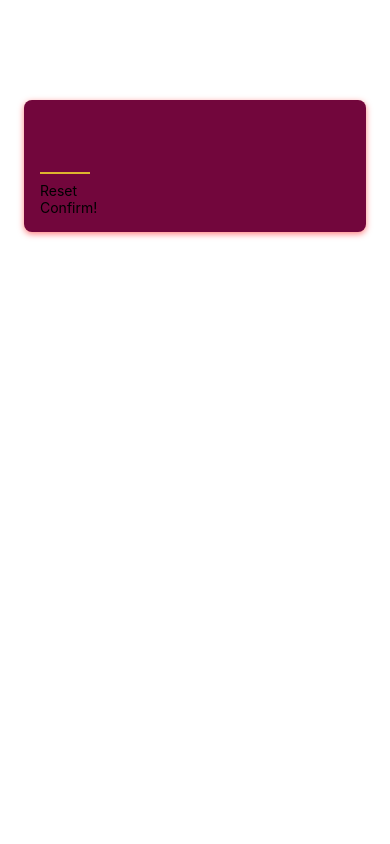
Repository: SyLe-Van/Number-Guessing-Game
Screen: /
These files come from the project's save history. The screen is drawn as it stood at one moment and after the next save; the edit follows.
The app was drawn by React Native's web renderer in a window 390 px wide. The project was rebuilt for these pictures with package versions that can differ from the ones it lists, and the page was loaded fresh each time.

Above is the screen before, as saved 2024-02-01 23:37:37.

### App.js
import { StyleSheet } from "react-native";

import StartGameScreen from "./screens/StartGameScreen";
export default function App() {
  return <StartGameScreen />;
}

const styles = StyleSheet.create({});

### screens/StartGameScreen.js
import { TextInput, View, StyleSheet } from "react-native";
import PrimaryButton from "../components/PrimaryButton";
function StartGameScreen() {
  return (
    <View style={styles.inputContainer}>
      <TextInput
        style={styles.numberInput}
        maxLength={2}
        keyboardType="number-pad"
        autoCapitalize="none"
        autoCorrect={false}
      />
      <PrimaryButton>Reset</PrimaryButton>
      <PrimaryButton>Confirm!</PrimaryButton>
    </View>
  );
}
const styles = StyleSheet.create({
  inputContainer: {
    padding: 16,
    marginTop: 100,
    marginHorizontal: 24,
    backgroundColor: "#72063c",
    borderRadius: 8,
    shadowColor: "red",
    shadowOffset: { width: 0, height: 2 },
    shadowRadius: 6,
    shadowOpacity: 0.5,
  },
  numberInput: {
    height: 50,
    width: 50,
    fontSize: 30,
    borderBottomColor: "#ddb52f",
    borderBottomWidth: 2,
    color: "#ddb52f",
    marginVertical: 8,
    fontWeight: "bold",
    textAlign: "center",
  },
});
export default StartGameScreen;

### components/PrimaryButton.js
import { View, Text } from "react-native";
function PrimaryButton({ children }) {
  return (
    <View>
      <Text>{children}</Text>
    </View>
  );
}
export default PrimaryButton;

After the next save:
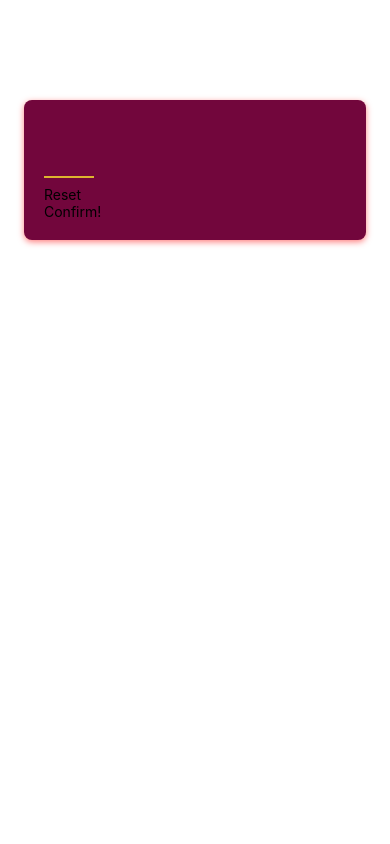
Saved 3 min 37 s later.
--- a/screens/StartGameScreen.js
+++ b/screens/StartGameScreen.js
@@ -17,7 +17,7 @@
 }
 const styles = StyleSheet.create({
   inputContainer: {
-    padding: 16,
+    padding: 20,
     marginTop: 100,
     marginHorizontal: 24,
     backgroundColor: "#72063c",

After the save that followed:
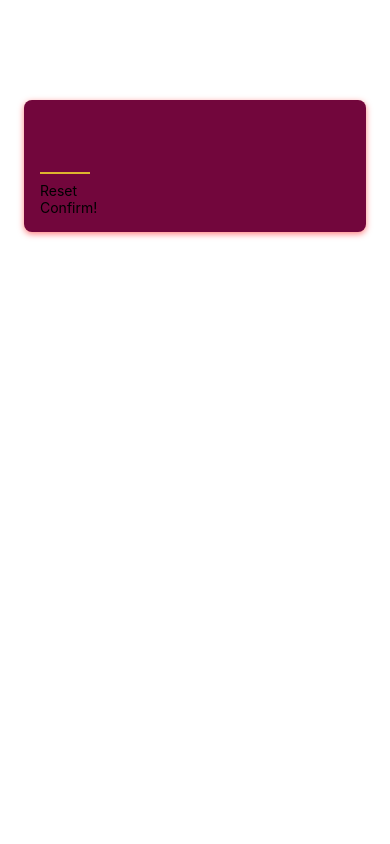
Saved 5 s later.
--- a/screens/StartGameScreen.js
+++ b/screens/StartGameScreen.js
@@ -17,7 +17,7 @@
 }
 const styles = StyleSheet.create({
   inputContainer: {
-    padding: 20,
+    padding: 16,
     marginTop: 100,
     marginHorizontal: 24,
     backgroundColor: "#72063c",
